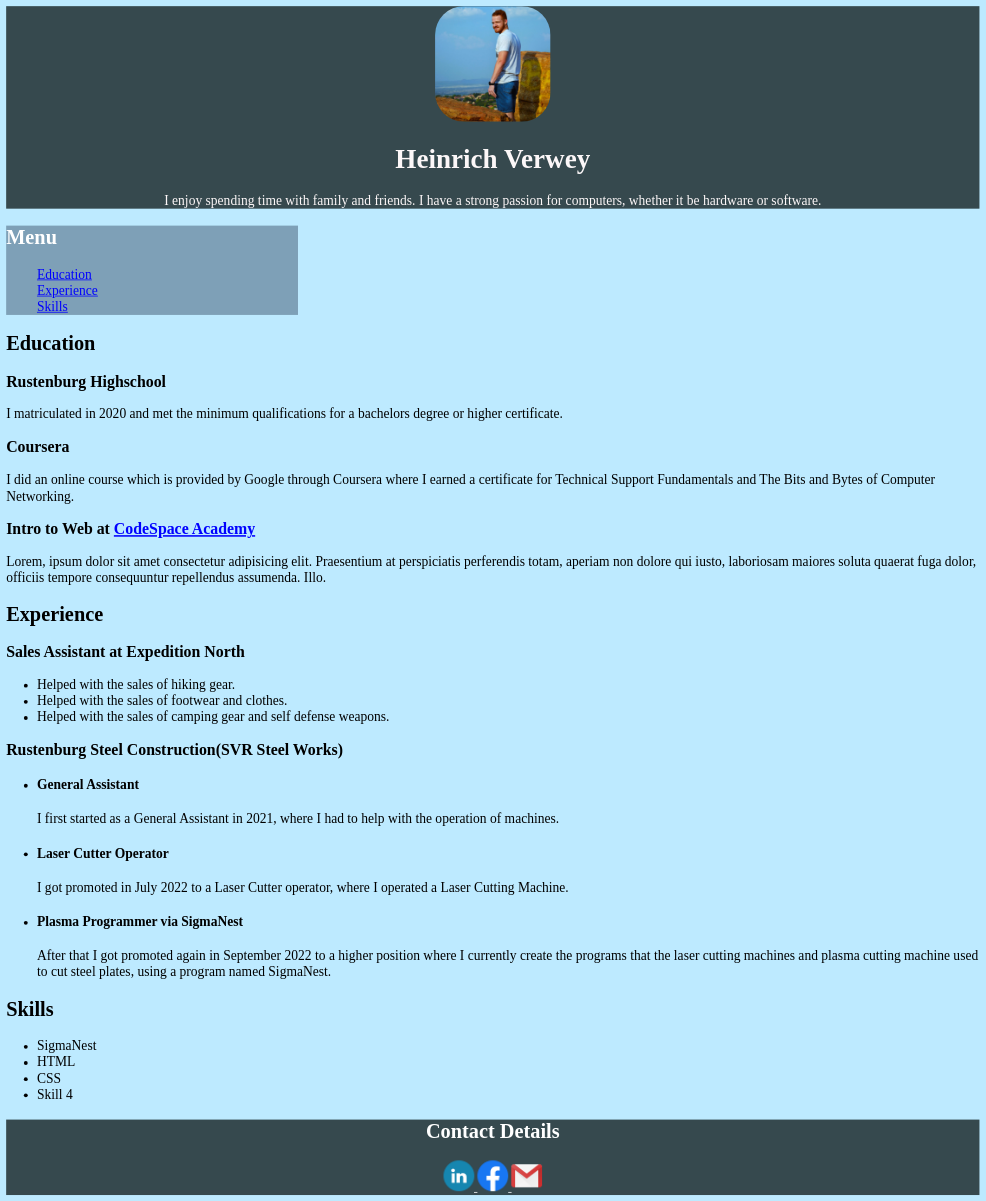
Repository: W3asl3y/IntroToWebDesign
Page: index.html
The author's editor kept a copy of each file at every save. The page is drawn from the files as they stood at one save, then again after the next save.
The browser window is 1280 px wide. The pictures show the whole page, at 77% of full size.

Above is the page before, as saved 2022-10-30 15:08:55.

### index.html
<!DOCTYPE html>
<html lang="en">
    <head>
        <meta charset="UTF-8">
        <meta http-equiv="X-UA-Compatible" content="IE=edge">
        <meta name="viewport" content="width=device-width, initial-scale=1.0">
        <title>
            My Resume
        </title>
        <link rel="stylesheet" type="text/css" href="css/stylesheet.css">
    </head>
    <body>
        <header id="heading">
            <img id="profile_picture" src="images/heinrich.jpg" alt="My profile picture" >
            <h1>
                 Heinrich Verwey
            </h1>
            <p>
                I enjoy spending time with family and friends. I have a strong passion for computers, whether it be hardware or software.
            </p>
        </header>
        <main>
            <div id="sidebar">
                <nav>
                    <h2 id="menu">
                        Menu
                    </h2>
                    <ul class="nav-menu">
                        <li>
                            <a href="#education"> Education </a>
                        </li>
                        <li>
                            <a href="#experience"> Experience </a>
                        </li>
                        <li>
                            <a href="#skills"> Skills </a>
                        </li>
                    </ul>
                </nav>
            </div>
            <div id="contents">
                <h2 id=education>
                    Education
                </h2>
                <h3>
                    Rustenburg Highschool
                </h3>
                <p>
                    I matriculated in 2020 and met the minimum qualifications for a bachelors degree or higher certificate.
                </p>
                <h3>
                    Coursera
                </h3>
                <p>
                    I did an online course which is provided by Google through Coursera where I earned a certificate for Technical Support Fundamentals and The Bits and Bytes of Computer Networking.
                </p>
                <h3>
                    Intro to Web at <a href="https://www.codespace.co.za/courses/frontend-web-development/">CodeSpace Academy</a>
                </h3>
                <p>
                    Lorem, ipsum dolor sit amet consectetur adipisicing elit. Praesentium at perspiciatis perferendis totam, aperiam non dolore qui iusto, laboriosam maiores soluta quaerat fuga dolor, officiis tempore consequuntur repellendus assumenda. Illo.
                </p>
                </h3>
                <h2 id="experience">
                    Experience
                </h2>
                <h3>
                    Sales Assistant at Expedition North
                </h3>
                <ul>
                    <li>
                        Helped with the sales of hiking gear.
                    </li>
                    <li>
                        Helped with the sales of footwear and clothes.
                    </li>
                    <li>
                        Helped with the sales of camping gear and self defense weapons.
                    </li>
                </ul>
                <h3>
                    Rustenburg Steel Construction(SVR Steel Works)
                </h3>
                <ul>
                    <li>
                        <h4>
                            General Assistant
                        </h4>
                            <p>
                                I first started as a General Assistant in 2021, where I had to help with the operation of machines.
                            </p>
                    </li>
                    <li>
                        <h4>
                            Laser Cutter Operator
                        </h4>
                            <p>
                                I got promoted in July 2022 to a Laser Cutter operator, where I operated a Laser Cutting Machine.
                            </p>
                    </li>
                    <li>
                        <h4>
                            Plasma Programmer via SigmaNest
                        </h4>
                            <p>
                                After that I got promoted again in September 2022 to a higher position where I currently create the programs that the laser cutting machines and plasma cutting machine used to cut steel plates, using a program named SigmaNest.
                            </p>
                    </li>
                </ul>
                <h2 id="skills">
                    Skills
                </h2>
                <ul>
                    <li>
                        SigmaNest
                    </li>
                    <li>
                        HTML
                    </li>
                    <li>
                        CSS
                    </li>
                    <li>
                        Skill 4
                    </li>
                </ul>
            </div>
        </main>
        <footer>
            <h2>
                Contact Details
            </h2>
                <a href="https://www.linkedin.com/in/heinrich-verwey-1627a7205/" target="_blank">
                    <img class="my_contacts" src="Images\LinkedIn.webp" alt="My LinkedIn">
                </a>
                <a  href="https://www.facebook.com/heinrich.verwey.79/" target="_blank">
                    <img class="my_contacts" src="Images\Facebook.webp" alt="LinkedIn" alt=" My Facebook">
                </a>
                <a href="mailto:verwey41@gmail.com" target="_blank">
                    <img class="my_contacts" src="Images\Gmail.webp" alt="My Email">
                </a>
        </footer>
    </body>
</html

### CSS/stylesheet.css
body{
     font-family:serif,sans-serif;
     font-size:110%;
     background-color: #bdeaff;
}



header {
     text-align: center;
    -webkit-text-fill-color: #FCF7F8;
     background-color: #36494e;
}

#profile_picture {
     width: 150px;
     border-radius: 25%;
}

#sidebar {
    background-color: #7ea0b7;
    width: 30%  ;

}

#menu {
     -webkit-text-fill-color:white ;
}

.nav-menu {
     list-style: none;

}

a:link {
     color: blue;
}

a:visited {
     color: blue;
}

.my_contacts {
     width: 40px;
}



footer {
     background-color: #36494e;
     text-align: center;
     -webkit-text-fill-color: white;
}

After the next save:
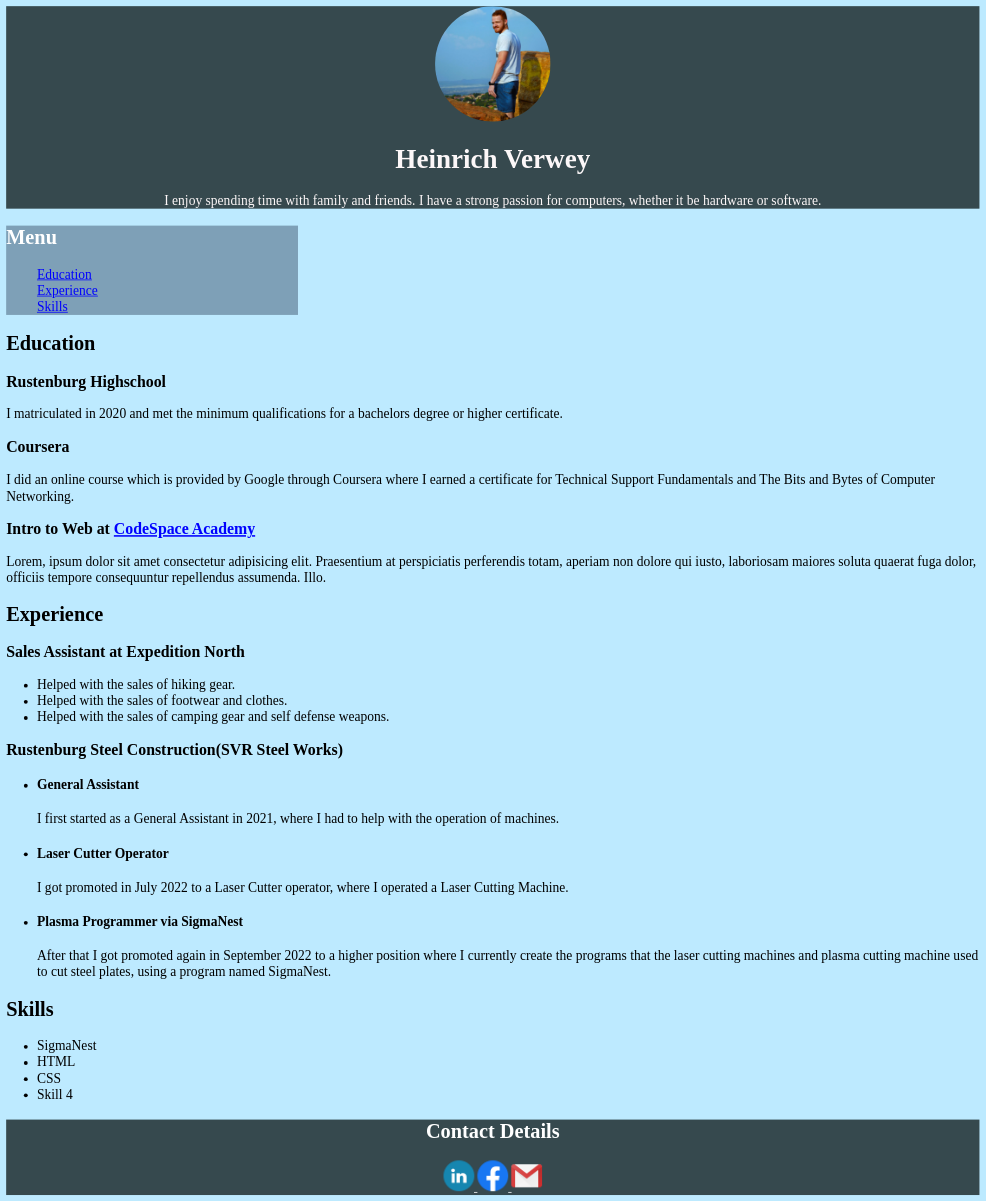
Saved 9 s later.
--- a/CSS/stylesheet.css
+++ b/CSS/stylesheet.css
@@ -14,7 +14,7 @@ header {
 
 #profile_picture {
      width: 150px;
-     border-radius: 25%;
+     border-radius: 50%;
 }
 
 #sidebar {
